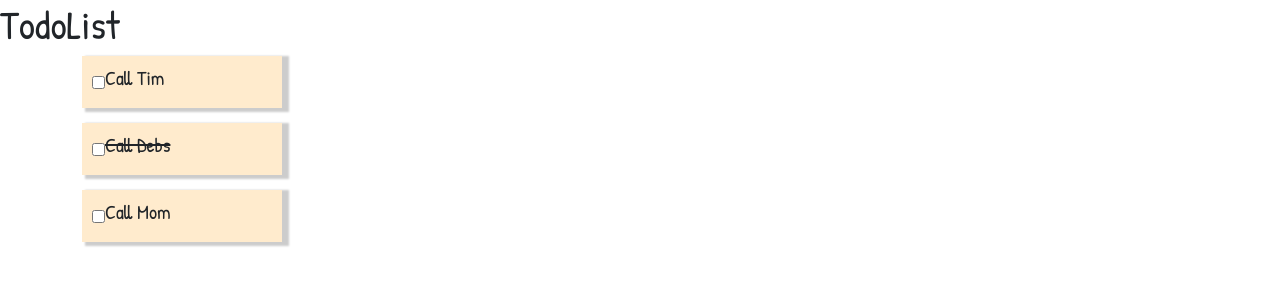
Repository: latenightsnacc/React-Projects
Page: / (app in todolist/)
The author's editor kept a copy of each file at every save. The page is drawn from the files as they stood at one save, then again after the next save.
The browser window is 1280 px wide. The pictures show the whole page.
The project was rebuilt for these pictures with package versions that can differ from the ones it lists, and the page was loaded fresh each time.

Above is the page before, as saved 2020-07-02 11:36:10.

### todolist/public/index.html
<!DOCTYPE html>
<html lang="en">
  <head>
    <meta charset="utf-8" />
    <link rel="icon" href="%PUBLIC_URL%/favicon.ico" />
    <meta name="viewport" content="width=device-width, initial-scale=1" />
    <meta name="theme-color" content="#000000" />
    <meta
      name="description"
      content="Web site created using create-react-app"
    />
    <link rel="apple-touch-icon" href="%PUBLIC_URL%/logo192.png" />
    <link rel="stylesheet" href="https://stackpath.bootstrapcdn.com/bootstrap/4.5.0/css/bootstrap.min.css" integrity="sha384-9aIt2nRpC12Uk9gS9baDl411NQApFmC26EwAOH8WgZl5MYYxFfc+NcPb1dKGj7Sk" crossorigin="anonymous">
    <link rel="manifest" href="%PUBLIC_URL%/manifest.json" />
    <link href="https://fonts.googleapis.com/css2?family=Patrick+Hand&display=swap" rel="stylesheet">
    <title>React App</title>
  </head>
  <body>
    <noscript>You need to enable JavaScript to run this app.</noscript>
    <div id="root"></div>
    <!--
      This HTML file is a template.
      If you open it directly in the browser, you will see an empty page.

      You can add webfonts, meta tags, or analytics to this file.
      The build step will place the bundled scripts into the <body> tag.

      To begin the development, run `npm start` or `yarn start`.
      To create a production bundle, use `npm run build` or `yarn build`.
    -->
  </body>
</html>

### todolist/src/App.js
import React, {Component} from 'react';
import TodoList from './components/TodoList';
import './styles/App.scss';

class App extends Component  {
  constructor(props){
    super(props);
    this.state = {
      todos: [
        {
          id: 1,
          title: 'Call Tim',
          completed: false
        },
        {
          id: 2,
          title: 'Call Debs',
          completed: true
        },
        {
          id: 3,
          title: 'Call Mom',
          completed: false
        }
      ]
    }

  }

  render() {
    return (
      <div className="App">
        <TodoList tasks= {this.state.todos} />
      </div>
    );
  }

}

export default App;

### todolist/src/components/TodoList.js
import React, { Component } from 'react';
import PropTypes from 'prop-types';
import TodoItem from './TodoItem';

class TodoList extends Component {
    render() {
        return (
            <>
                <h1>TodoList</h1>
                <div className="TodoList">
                    {
                        this.props.tasks.map(task => {
                            return <TodoItem key={task.id} task= {task} />
                        })
                    }
                </div>
            </>
        )
    }
}

// PropTypes
TodoList.propTypes = {
    tasks: PropTypes.array.isRequired
}
export default TodoList;

### todolist/src/styles/App.scss
@import "~bootstrap/scss/bootstrap";
@import url('https://fonts.googleapis.com/css2?family=Patrick+Hand&display=swap');

* {
    margin: 0;
    padding: 0;
    font-family: 'Patrick Hand', cursive;
}

### todolist/src/components/TodoItem.js
import React, { Component } from 'react';
import PropTypes from 'prop-types';

class TodoItem extends Component {
    getStyle = () => {
        return {
            background: '#ffebcd',
            width: '200px',
            padding: '10px',
            display: 'flex',
            alignItems: 'center',
            marginBottom: '15px',
            boxShadow: '5px 2px 2px 2px #cccccc',
            textDecoration: this.props.task.completed ?
            'line-through'
            :'none'
        }
    }
    render() {
        return (
            <>
                <div className="container">
                    <div className="row flex-d wrap">
                        <div className="col">
                            <div style={this.getStyle()}>
                                <input type="checkbox" /> { ' '}
                                <h5> {this.props.task. title} </h5>
                            </div>
                        </div>
                    </div>

                </div>


            </>
        )
    }
}

// PropTypes
TodoItem.propTypes = {
    task: PropTypes.object.isRequired
}
export default TodoItem

Loaded but not shown: todolist/src/index.js (common file)

After the next save:
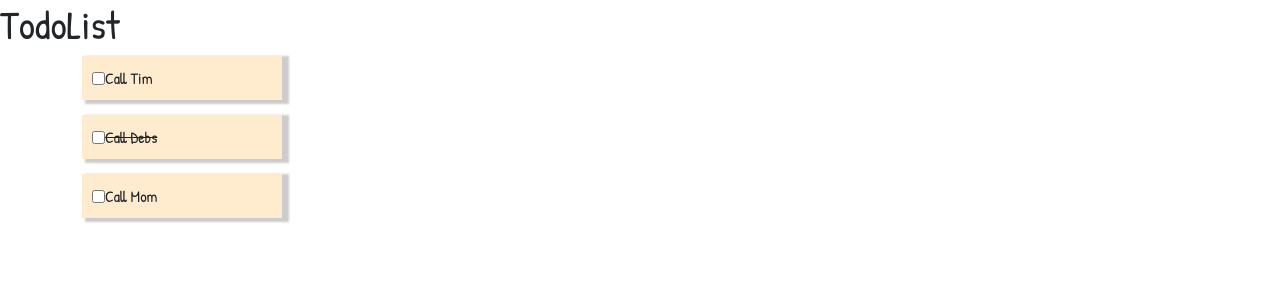
Saved 13 s later.
--- a/todolist/src/components/TodoItem.js
+++ b/todolist/src/components/TodoItem.js
@@ -24,7 +24,7 @@ class TodoItem extends Component {
                         <div className="col">
                             <div style={this.getStyle()}>
                                 <input type="checkbox" /> { ' '}
-                                <h5> {this.props.task. title} </h5>
+                                {this.props.task. title}
                             </div>
                         </div>
                     </div>
